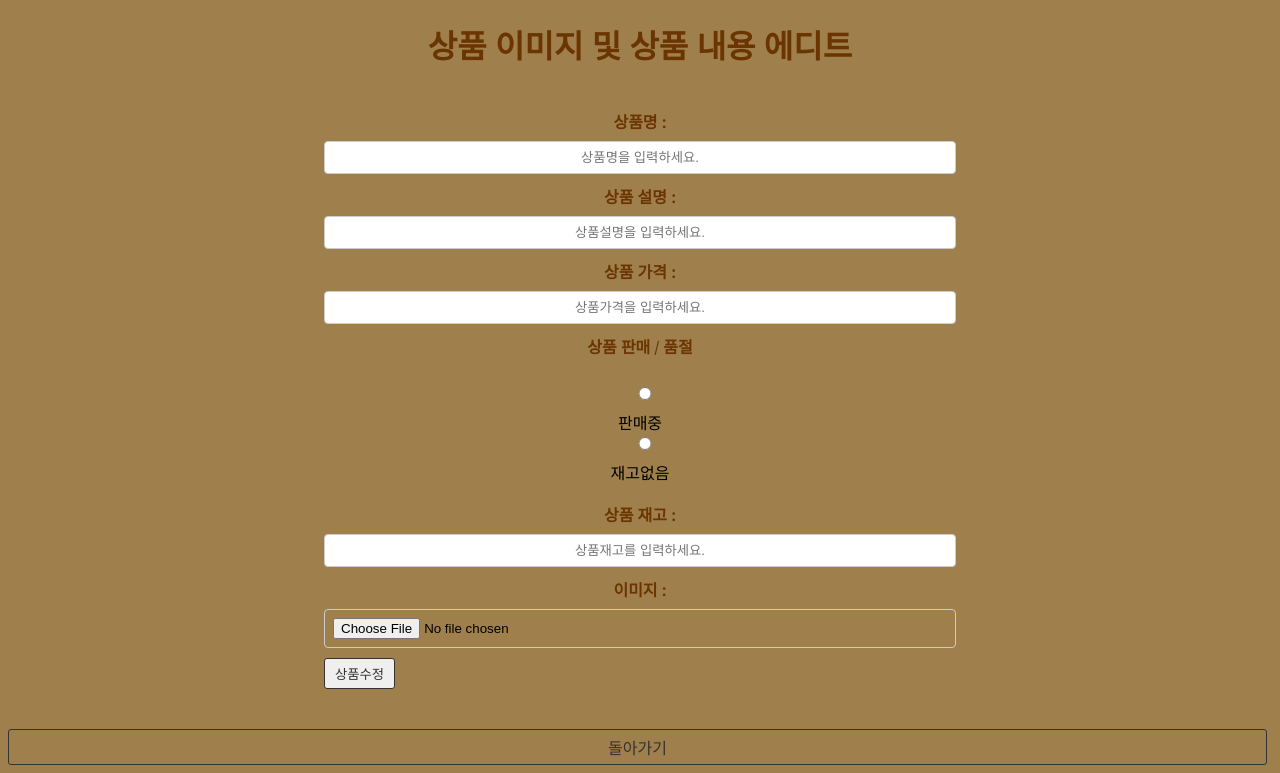
Repository: ks31030/HOME-SHOP
Page: http://localhost/updateProductForm
An editor plug-in stored every save of this project. The page is shown before and after the next save, followed by the edit.
The browser window is 1280 px wide. The pictures show the whole page.
The page is this project's Thymeleaf template; nobody is signed in. The template is opened directly, without the code that normally fills it, so the values that code supplies are empty.

Above is the page before, as saved 2023-12-15 10:26:07.

After the next save:
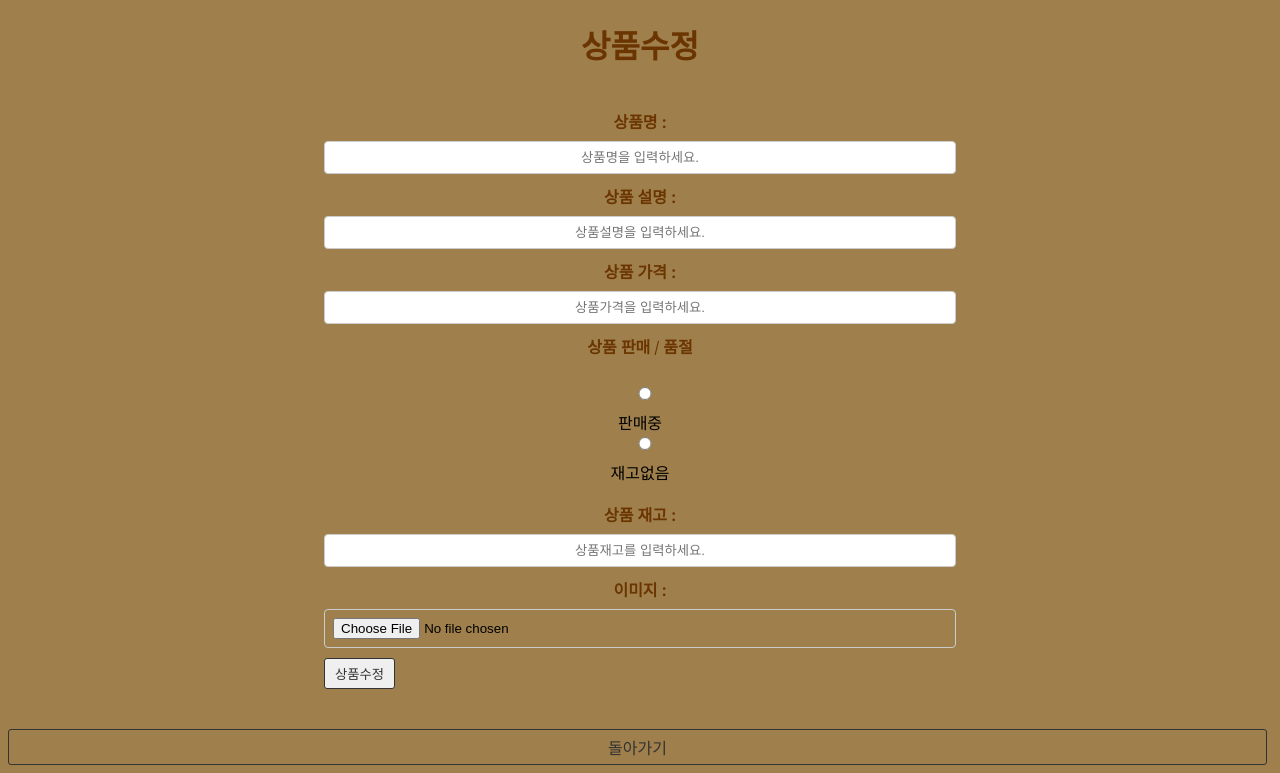
Saved 12 s later.
--- a/Final-JPA-Shop/src/main/resources/templates/updateProductForm.html
+++ b/Final-JPA-Shop/src/main/resources/templates/updateProductForm.html
@@ -6,7 +6,7 @@
 		<link rel="stylesheet" href="/css/styles.css" th:href="@{/css/styles.css}" />
 	</head>
 	<body>
-		<h1>상품 이미지 및 상품 내용 에디트</h1>
+		<h1>상품수정</h1>
 		<form th:action="@{/product/new}" method="post" enctype="multipart/form-data">
 
 			<input type="hidden" name="id" th:value="${product.id}">
